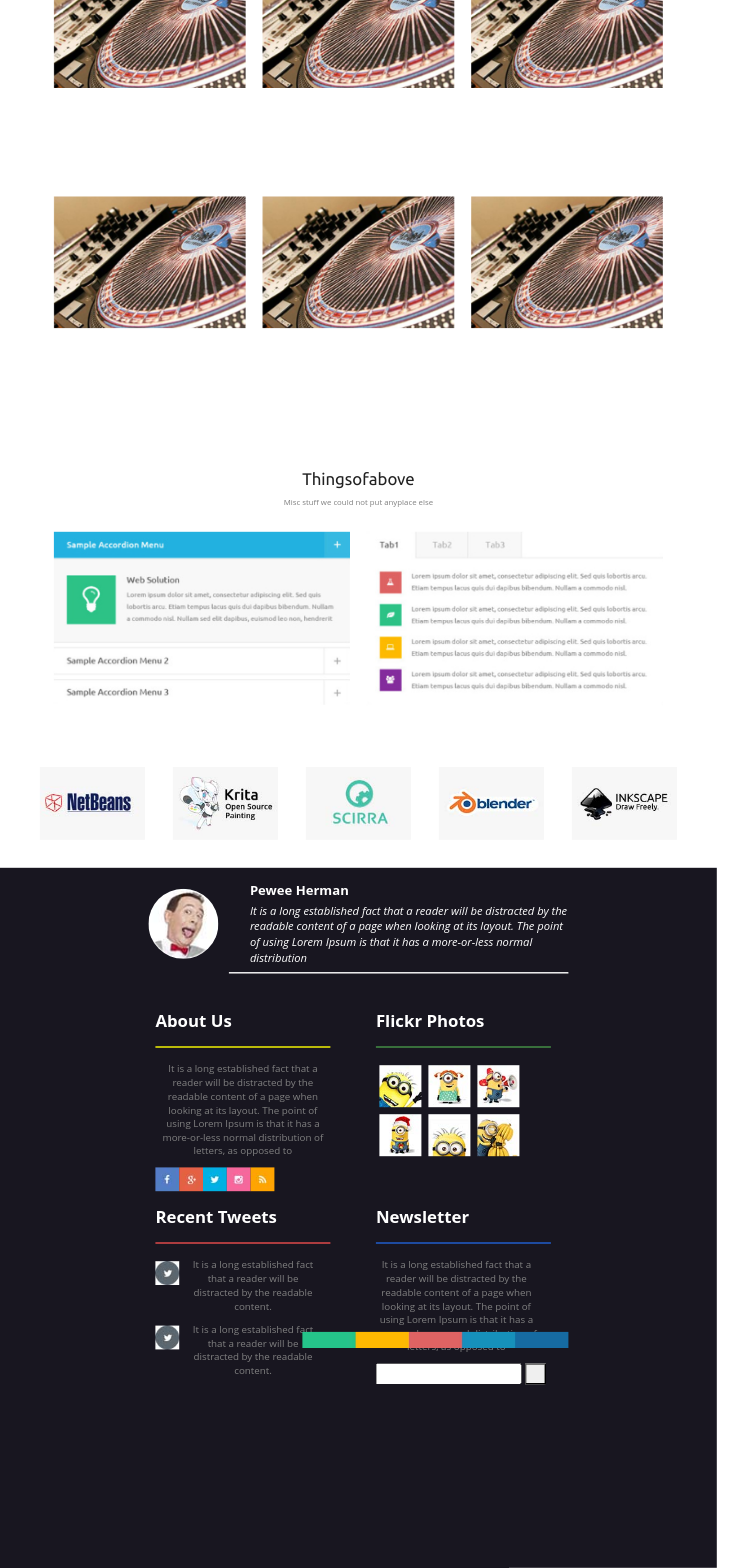
Repository: RenataDzotova/Metrolics-Renata-Beyonce
Page: index.html
An editor plug-in stored every save of this project. The page is shown before and after the next save, followed by the edit.
The browser window is 1024 px wide. The page is 1062 px wide, so the pictures cover 1062 px, including what lies to the right of the window. The pictures show the part of the page from y = 1934 to 4174 px (the page is 4174 px tall before and 3974 px after), at 70% of full size.
Some web fonts or font styles are not loaded; a fallback is used.

Above is the page before, as saved 2022-02-02 18:08:56.

After the next save:
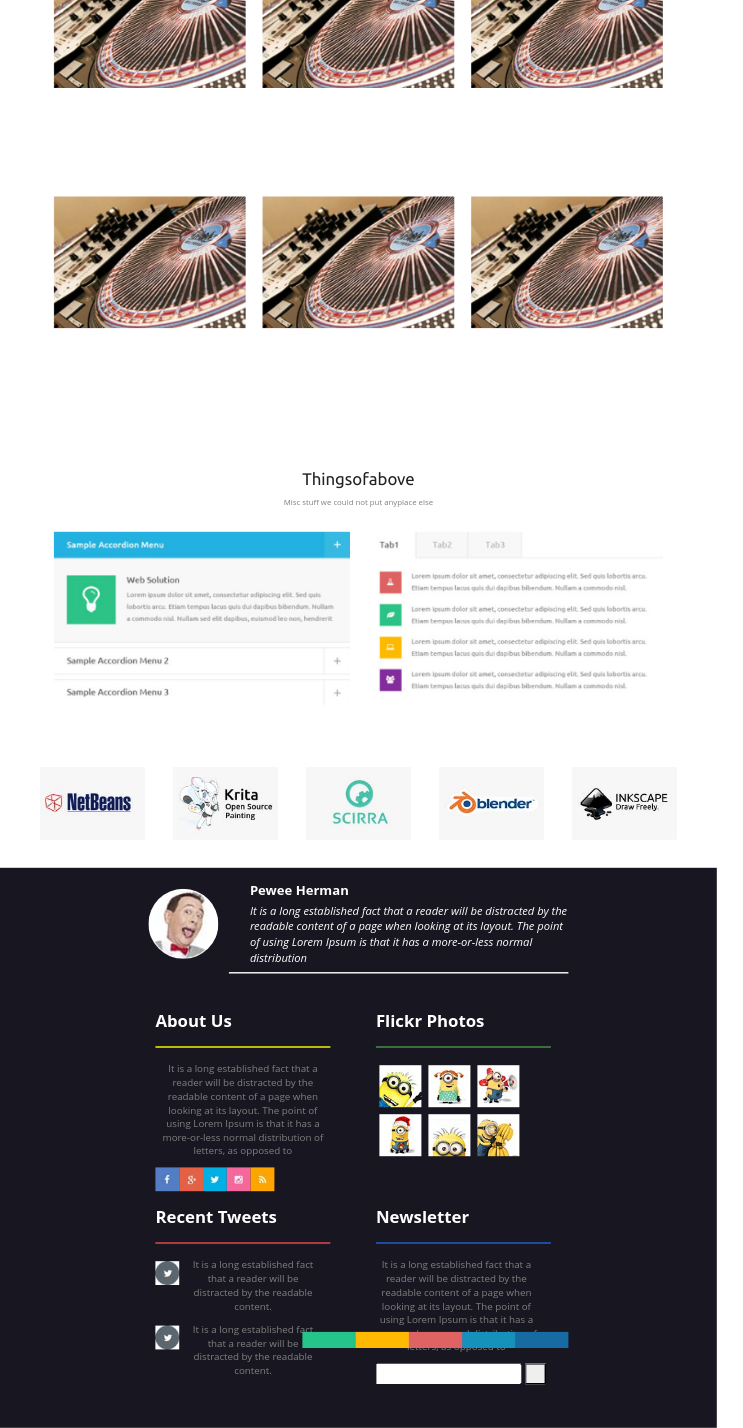
Saved 75 s later.
--- a/css/renata.css
+++ b/css/renata.css
@@ -377,7 +377,7 @@
   @media screen and (max-width: 74.9375em) {
     .footerBlack_content{
         width: 600px;
-        height: 1000px;
+        height: 800px;
     }
 
     .footer-black{
@@ -405,12 +405,4 @@
         bottom: 0;
     }
 
-    /* .info-blocks{
-        display: flex;
-        flex-direction: row;
-        align-content: flex-start;
-        width: 600px;
-    } */
-
-
 }
